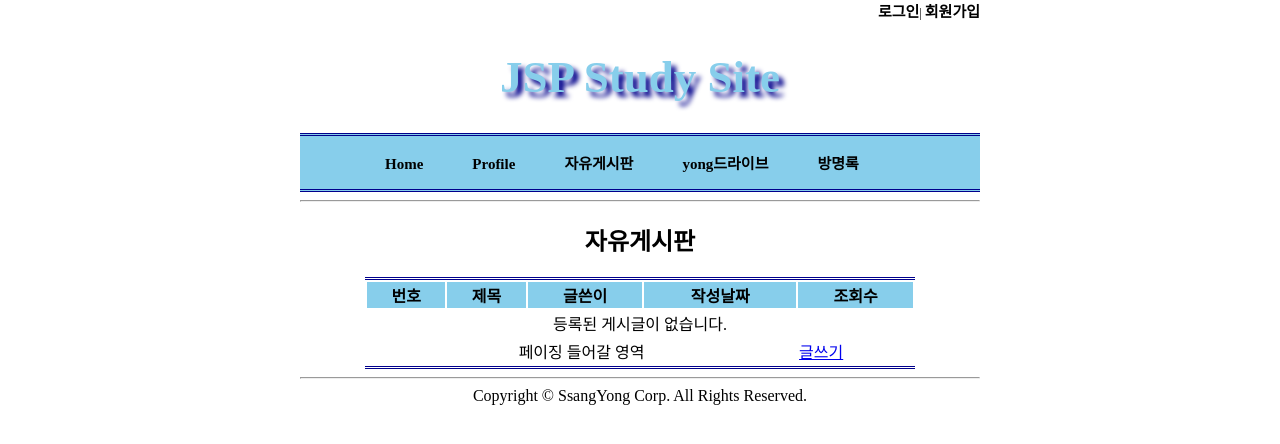
Repository: Rege-97/test
Page: http://localhost/myweb/bbs/bbsList.jsp
An editor plug-in stored every save of this project. The page is shown before and after the next save, followed by the edit.
The browser window is 1280 px wide. The pictures show the whole page.
The page is served by Tomcat 9. Queries for data that is not in the repository find no rows.

Above is the page before, as saved 2025-03-24 06:07:26.

After the next save:
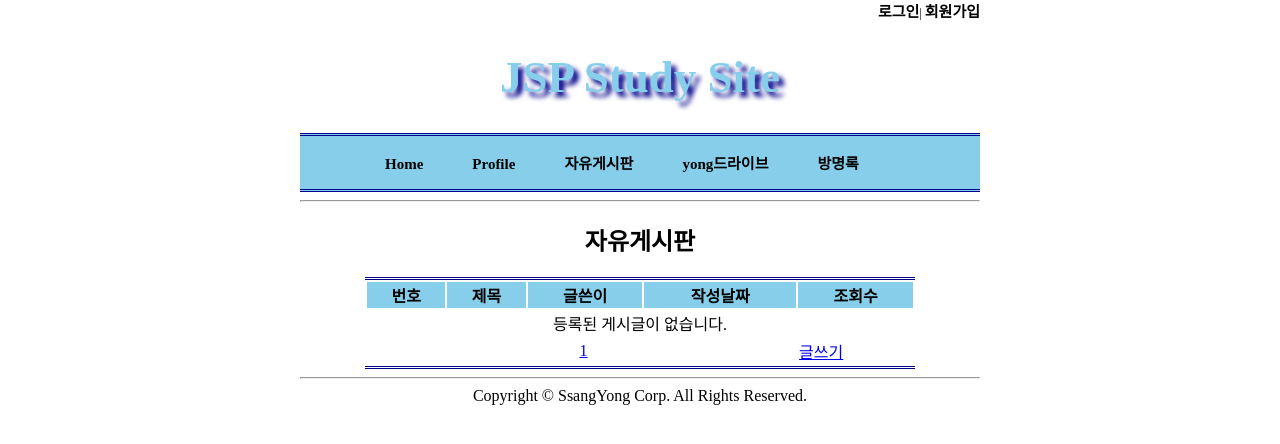
Saved 52 s later.
--- a/myweb/src/main/webapp/bbs/bbsList.jsp
+++ b/myweb/src/main/webapp/bbs/bbsList.jsp
@@ -68,7 +68,30 @@ if (cp % pageSize == 0)
 				</thead>
 				<tfoot>
 					<tr>
-						<td colspan="4" align="center">페이징 들어갈 영역</td>
+						<td colspan="4" align="center">
+							<%
+							if (userGroup != 0) {
+							%>
+							<a href="pageTest.jsp?cp=<%=(userGroup - 1) * pageSize + pageSize%>">&lt;&lt;</a>
+							<%
+							}
+							%>
+							<%
+							for (int i = (userGroup * pageSize + 1); i <= (userGroup * pageSize + pageSize); i++) {
+							%>&nbsp;&nbsp; <a href="pageTest.jsp?cp=<%=i%>"><%=i%></a>&nbsp;&nbsp;<%
+ if (i == totalPage) {
+ 	break;
+ }
+ }
+ %>
+							<%
+							if (((totalPage / pageSize) - (totalPage % pageSize == 0 ? 1 : 0)) != userGroup) {
+							%>
+							<a href="pageTest.jsp?cp=<%=(userGroup + 1) * pageSize + 1%>">&gt;&gt;</a>
+							<%
+							}
+							%>
+						</td>
 						<td>
 							<a href="bbsWrite.jsp">글쓰기</a>
 						</td>
